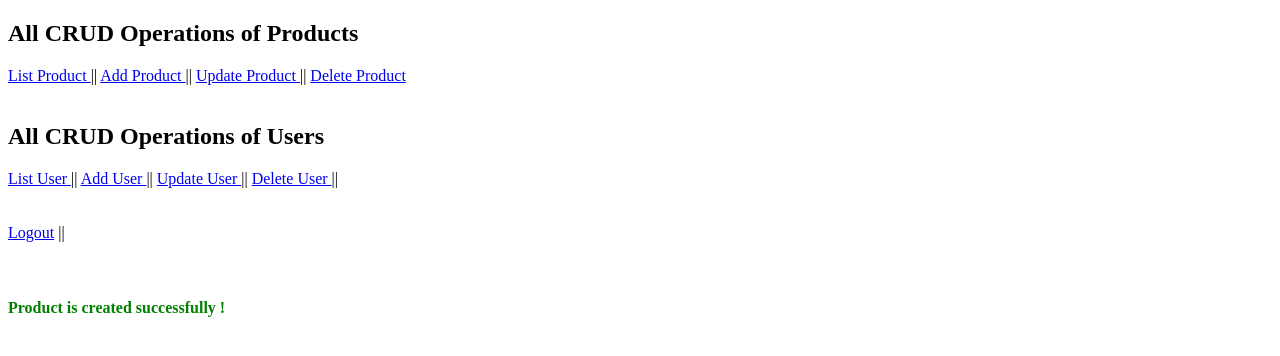
Repository: AnushkaSharma9/Make-an-E-commerce-Website-For-SportyShoes-sportyshoes
Page: http://localhost/phase3-Project-SportyShoes-Webappplication/WEB-INF/view/success.jsp
These files come from the project's save history. The page is drawn as it stood at one moment and after the next save; the edit follows.
The browser window is 1280 px wide. The pictures show the whole page.
The page is served by Tomcat 9. Nobody is signed in. The template is opened directly, without the code that normally fills it, so the values that code supplies are empty.

Above is the page before, as saved 2021-10-25 19:07:41.

After the next save:
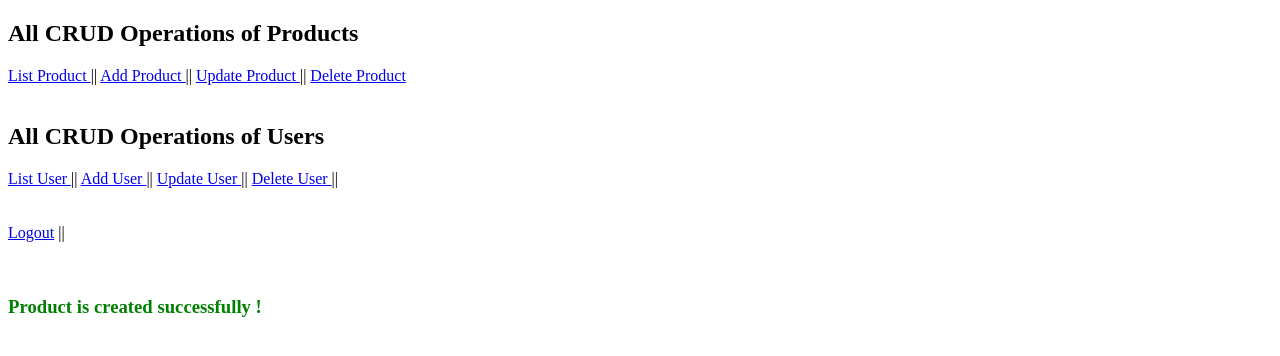
Saved 40 s later.
--- a/phase3-Project-SportyShoes-Webappplication/src/main/webapp/WEB-INF/view/success.jsp
+++ b/phase3-Project-SportyShoes-Webappplication/src/main/webapp/WEB-INF/view/success.jsp
@@ -8,6 +8,6 @@
 </head>
 <body>
 	<jsp:include page="home.jsp"></jsp:include>
-	<h4 style="color:green">Product is created successfully !</h4>
+	<h3 style="color:green">Product is created successfully !</h3>
 </body>
 </html>
